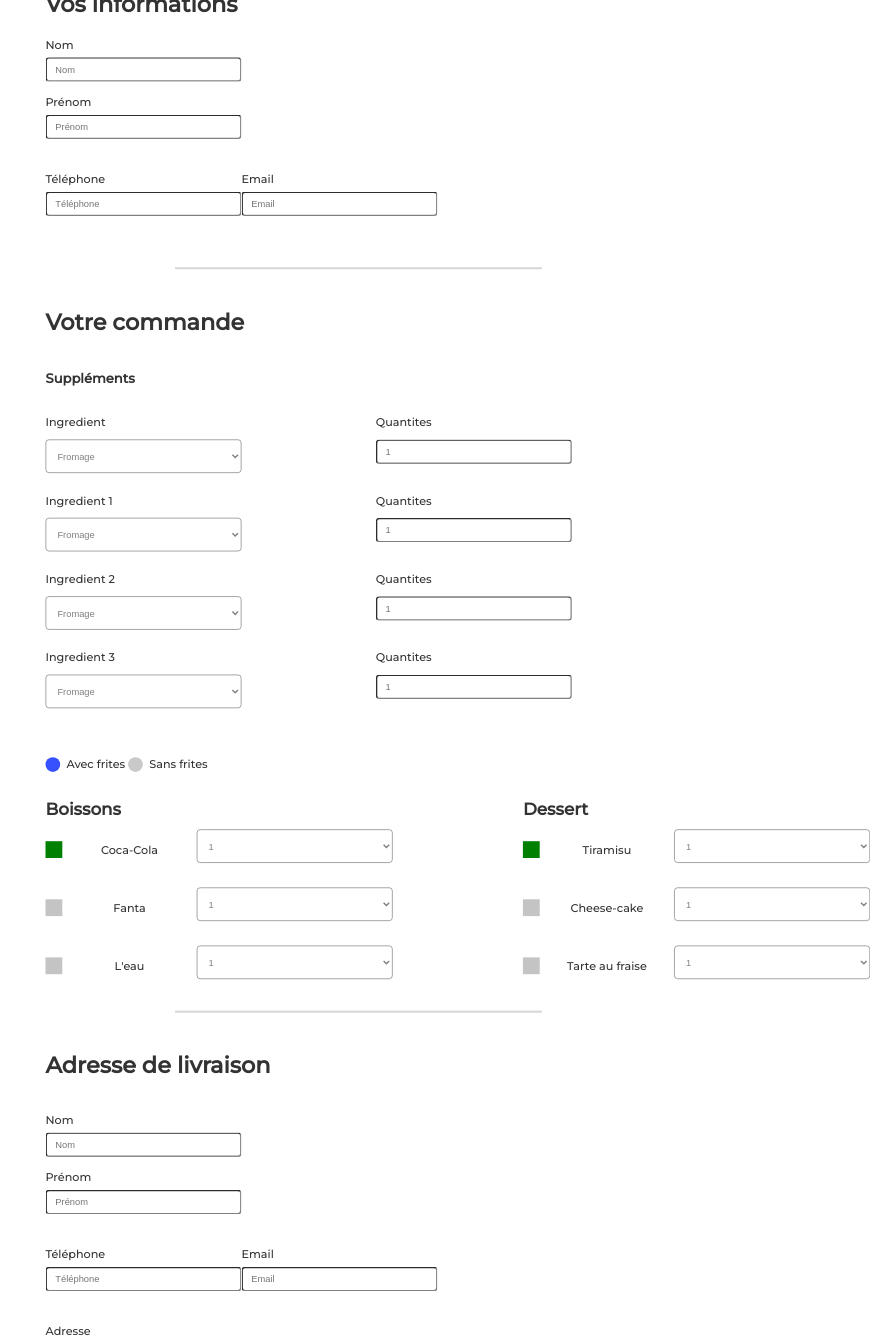
Repository: sisilass31/bella-olonje
Page: html/commande.html
These files come from the project's save history. The page is drawn as it stood at one moment and after the next save; the edit follows.
The browser window is 1024 px wide. The page is 1243 px wide, so the pictures cover 1243 px, including what lies to the right of the window. The pictures show the part of the page from y = 814 to 2734 px (the page is 3174 px tall before and 3420 px after), at 70% of full size.
Some web libraries are served in a nearby version.

Above is the page before, as saved 2023-02-15 08:45:13.

### html/commande.html
<!DOCTYPE html>
<html lang="fr">
<head>
    <meta charset="UTF-8">
    <meta http-equiv="X-UA-Compatible" content="IE=edge">
    <meta name="viewport" content="width=device-width, initial-scale=1.0">
    <link rel="stylesheet" href="https://pro.fontawesome.com/releases/v5.10.0/css/all.css">
    <link rel="stylesheet" href="../css/commande.css">
    <title>Votre commande</title>
</head>

<body>

  <header>
    <nav>
      <ul class='nav-bar'>
          <li class='logo'><a href='#'><img src="../img/logo.png" alt="jsp"></a></li>
          <input type='checkbox' id='check' />
          <span class="menu">
            <li><a href="index.html" class="nav-link">Home</a></li>
            <li><a href="#pizza" class="nav-link">Pizzas</a></li>
            <li><a href="#burger" class="nav-link">Burgers</a></li>
            <li><a href="#salades" class="nav-link">Salades</a></li>
            <li><a href="index3.html" class="nav-link">Contact</a></li>
            <label for="check" class="close-menu"><i class="fas fa-times"></i></label>
          </span>
          <label for="check" class="open-menu"><i class="fas fa-bars"></i></label>
      </ul>
  </nav>

    <div class="food_app">
      <div class="title_food_app">
        <h3>Food app</h3>
        <strong>Chez Bella <br>chaque désir s'additionne.</strong>
      </div>
    </div>
  </header>

  <main>
    <div class="infos" id="form-infos">
      <form>
        <h1>Vos informations</h1>

        <div class="grp_infos">
          <div class="nom_prenom">
            <div class="label1">
              <label class="label_nom">Nom</label><br>
              <input type="text" placeholder="Nom">
            </div>
            <div class="label1">
              <label class="label_nom">Prénom</label><br>
              <input type="text" placeholder="Prénom">
            </div>
          </div>

          <div class="telephone_email">
            <div class="label1">
              <label class="label_nom">Téléphone</label><br>
              <input type="text" placeholder="Téléphone">
            </div>
            <div class="label1">
              <label class="label_nom">Email</label><br>
              <input type="text" placeholder="Email">
            </div>
          </div>
        </div>
      </form>
    </div>

    <hr>

    <div class="commande">
      <form>
        <h1>Votre commande</h1>
        <h3>Suppléments</h3>
        <div class="grp_suppliment">
          <div class="ingredient_quantite">
            <div class="fromage">
              <label>Ingredient</label><br>
              <select name="ingr" class="suppléments">
                <option value="fromage">Fromage</option>
                <option value="fromage">Fromage</option>
                <option value="fromage">Fromage</option>
                <option value="fromage">Fromage</option>
                <option value="fromage">Fromage</option>
                <option value="fromage">Fromage</option>
                <option value="fromage">Fromage</option>
              </select>
            </div>
            <div class="box">
              <label>Quantites</label><br>
              <input type="number" min="0" placeholder="1">
            </div>
          </div>

          <div class="ingredient_quantite">
           <div class="fromage">
              <label>Ingredient 1</label><br>
              <select name="ingr" class="suppléments">
                <option value="fromage">Fromage</option>
                <option value="fromage">Fromage</option>
                <option value="fromage">Fromage</option>
                <option value="fromage">Fromage</option>
                <option value="fromage">Fromage</option>
                <option value="fromage">Fromage</option>
                <option value="fromage">Fromage</option>
              </select>
            </div>
            <div class="box">
              <label>Quantites</label><br>
              <input type="number" min="0" placeholder="1">
            </div>
          </div>

          <div class="ingredient_quantite">
            <div class="fromage">
              <label>Ingredient 2</label><br>
              <select name="ingr" class="suppléments">
                <option value="fromage">Fromage</option>
                <option value="fromage">Fromage</option>
                <option value="fromage">Fromage</option>
                <option value="fromage">Fromage</option>
                <option value="fromage">Fromage</option>
                <option value="fromage">Fromage</option>
                <option value="fromage">Fromage</option>
              </select>
            </div>
            <div class="box">
              <label>Quantites</label><br>
              <input type="number" min="0" placeholder="1">
            </div>
          </div>

          <div class="ingredient_quantite">
            <div class="fromage">
              <label>Ingredient 3</label><br>
              <select name="ingr" class="suppléments">
                <option value="fromage">Fromage</option>
                <option value="fromage">Fromage</option>
                <option value="fromage">Fromage</option>
                <option value="fromage">Fromage</option>
                <option value="fromage">Fromage</option>
                <option value="fromage">Fromage</option>
                <option value="fromage">Fromage</option>
              </select>
            </div>
            <div class="box">
              <label>Quantites</label><br>
              <input type="number" min="0" placeholder="1">
            </div>
          </div>
        </div>


        <div class="check2">
          <label class="container">Avec frites
            <input type="radio" checked="checked" name="radio">
            <span class="checkmark"></span>
          </label>
          <label class="container">Sans frites
            <input type="radio" name="radio">
            <span class="checkmark"></span>
          </label>
        </div>


        <div class="all">
          <div class="content_of_boisson">
              <h2>Boissons</h2>
              <div class="boissons">
                  <div class="carre"></div>
                  <label>Coca-Cola</label>
                  <select name="Fromage" class="Fromage" style="margin-top: 10px;">
                    <option value="">1</option>
                    <option value="">2</option>
                    <option value="">3</option>
                    <option value="">4</option>
                  </select>
              </div>
              <div class="boissons">
                  <div class="carre grey"></div>
                  <label>Fanta</label>
                  <select name="Fromage" class="Fromage" style="margin-top: 10px;">
                    <option value="">1</option>
                    <option value="">2</option>
                    <option value="">3</option>
                    <option value="">4</option>
                  </select>
              </div>
              <div class="boissons">
                  <div class="carre grey"></div>
                  <label>L'eau</label>
                  <select name="Fromage" class="Fromage" style="margin-top: 10px;">
                    <option value="">1</option>
                    <option value="">2</option>
                    <option value="">3</option>
                    <option value="">4</option>
                  </select>
              </div>
          </div>

          <div class="content_of_dessert">
              <h2>Dessert</h2>
              <div class="boissons dessert">
                  <div class="carre"></div>
                  <label>Tiramisu</label>
                  <select name="Fromage" class="Fromage" style="margin-top: 10px;">
                      <option value="">1</option>
                      <option value="">2</option>
                      <option value="">3</option>
                      <option value="">4</option>
                  </select>
              </div>
              <div class="boissons dessert">
                  <div class="carre grey"></div>
                  <label>Cheese-cake</label>
                  <select name="Fromage" class="Fromage" style="margin-top: 10px;">
                    <option value="">1</option>
                    <option value="">2</option>
                    <option value="">3</option>
                    <option value="">4</option>
                  </select>
              </div>
              <div class="boissons dessert">
                  <div class="carre grey"></div>
                  <label>Tarte au fraise</label>
                  <select name="Fromage" class="Fromage" style="margin-top: 10px;">
                    <option value="">1</option>
                    <option value="">2</option>
                    <option value="">3</option>
                    <option value="">4</option>
                  </select>
              </div>
          </div>
          </div>
      </form>
    </div>

    <hr>

    <div class="livraison">
      <form>
        <h1>Adresse de livraison</h1>
        <div class="grp_infos">
          <div class="nom_prenom">
            <div class="label1">
              <label class="label_nom">Nom</label><br>
              <input type="text" placeholder="Nom">
            </div>
            <div class="label1">
              <label class="label_nom">Prénom</label><br>
              <input type="text" placeholder="Prénom">
            </div>
          </div>

          <div class="telephone_email">
            <div class="label1">
              <label class="label_nom">Téléphone</label><br>
              <input type="text" placeholder="Téléphone">
            </div>
            <div class="label1">
              <label class="label_nom">Email</label><br>
              <input type="text" placeholder="Email">
            </div>
          </div>
          <div class="nom_prenom">
            <div class="label1">
              <label class="label_nom">Adresse</label><br>
              <input type="text" placeholder="Adresse">
            </div>
            <div class="label1">
              <label class="label_nom">Code postale</label><br>
              <input type="text" placeholder="Code postale">
            </div>
          </div>

          <div class="telephone_email">
            <div class="label1">
              <label class="label_nom">Ville</label><br>
              <input type="text" placeholder="Ville">
            </div>
            <div class="label1">
              <label class="label_nom">Pays</label><br>
              <input type="text" placeholder="Pays">
            </div>
          </div>
        </div>
          <div class="div_button"><button class="button" type="button">Envoyer</button></div>
      </form>

    </div>
  </main>

</body>

### css/commande.css
@import url('https://fonts.googleapis.com/css2?family=Montserrat:wght@100;200;500&display=swap');

* {
    margin: 0px;
    padding: 0px;
    scroll-behavior: smooth;
    box-sizing: border-box;
}

html,body {
  font-family: Montserrat, sans-serif;
  background-size: cover;
  background-position: center;
  height: 100vh;
  background-repeat: no-repeat;
  scroll-behavior: smooth;
}

/*navbar*/
.nav-bar {
    width: 100%;
    display: flex;
    justify-content: space-between;
    align-items: center;
    list-style: none;
    position: relative;
    background-color: #FFF;
    padding: 12px 20px;
}
.logo img {
    width: 150px;
}
.menu {
    display: flex;
}

.menu li {
    padding-left: 30px;
    padding-right: 55px;
}
.menu li a {
    display: inline-block;
    text-decoration: none;
    color: #333;
    text-align: center;
    position: relative;
}

.menu li a:hover {
    color: #FA4A0C;
}
.open-menu {
    position: absolute;
    color: #FA4A0C;
    cursor: pointer;
    font-size: 1.5rem;
    display: none;
}
.close-menu {
    position: absolute;
    color: #333;
    cursor: pointer;
    font-size: 1.5rem;
    display: none;
    padding: 10px;
}

.open-menu {
    top: 50%;
    right: 20px;
    transform: translateY(-50%);
}
.close-menu {
    top: 20px;
    right: 20px;
}
#check {
    display: none;
}

@media(max-width: 920px){
    .menu {
        flex-direction: column;
        align-items: center;
        width: 60%;
        height: 100vh;
        position: fixed;
        top: 0;
        right: -100%;
        z-index: 100;
        background-color: rgb(152, 152, 152);;
        transition: all 0.2s ease-in-out;
        padding-top: 100px;
    }

    .menu li {
        margin-top: 40px;
    }
    .menu li a {
        padding: 10px;
        color: #FFF;
    }
    .open-menu{
        display: block;
        padding-right: 25px;
        padding-top: 13px;
    }
    .close-menu {
        display: block;
        color: #FFF;
        padding-right: 25px;
        padding-top: 22px;
    }
    #check:checked ~ .menu {
        right: 0;
    }
    .menu li a:hover {
        color: #333;
    }

    .nav-link {
        font-family: Montserrat;
        letter-spacing: .8px;
    }
}
/*navbar*/


/*food_app*/
.title_food_app {
    padding-top: 50px;
}

.food_app{
    background-image: url(../img/food_app.png);
    min-height: 90vh;
    background-repeat: no-repeat;
    background-position: center;
    background-size: cover;
}
.title_food_app h3 {
    font-family: 'Montserrat';
    font-style: normal;
    font-weight: 550;
    font-size: 24px;
    line-height: 36px;
    text-align: center;
    letter-spacing: 0.1px;
    color: #F7F7F7;
    padding-top: 50px;
}

.title_food_app{

    font-family: Montserrat;
    font-style: normal;
    font-weight: 600;
    font-size: 58px;
    line-height: 80px;
    text-align: center;
    letter-spacing: 0.2px;
    color: #FFFFFF;
}

.title_pizza {
    display: flex;
    justify-content: center;
    color: #000000;
}
/*food_app*/


/*infos*/


.ingredient_quantite{
    display: flex;
    flex-direction:row;
    justify-content: flex-start;
    gap: 20%;
    margin-bottom: 10px;
}


main {
    color: #333333;
}
.label1 input {
    width: 280px;
    height: 35px;
    margin-bottom: 20px;
    margin-top: 8px;
    padding: 5px 12px;
    color: grey;
    border-radius: 5px;
    border-color: gray;
}


.infos h1 {
    padding-top: 50px;
    padding-bottom: 30px;
    margin-left: 65px;
}

hr {
    height: 3px;
    background-color:#d8d8d8;
    border: none;
    margin: 25px 250px 25px;
}

.nom_prenom {
    display: flex;
    justify-content: space-between;
    padding: 0px 600px 28px 65px;
}
.telephone_email {
    display: flex;
    justify-content: space-between;
    padding: 0px 600px 28px 65px;
}

/*infos*/

/*livraison*/

.livraison h1 {
    margin-left: 65px;
    padding-top: 30px;
    padding-bottom: 50px;
}
/*livraison*/

/*commande*/
.suppléments {
    width: 280px;
    height: 48px;
    margin-bottom: 20px;
    margin-top: 15px;
    padding: 5px 12px;
    color: grey;
    border-radius: 5px;
    border-color: gray;
    background-color: #FFFFFF;
}


.commande {
    margin-left: 65px;
}

.commande h1 {
    padding-top: 30px;
}

.commande h3 {
    padding-top: 50px;
    padding-bottom: 42px;
}

.box input {
    width: 280px;
    height: 35px;
    margin-bottom: 20px;
    margin-top: 15px;
    padding: 5px 12px;
    color: grey;
    border-radius: 5px;
    border-color: gray;
}

.boissons_dessert {
    display: flex;
    flex-direction: row;
}

/*commande*/


.div_button {
    padding: 50px 150px 70px 0px;
    display: flex;
    justify-content: flex-end;
}

button {
    border: 0;
    line-height: 2.5;
    width: 120px;
    padding: 0 18px;
    font-size: 18px;
    text-align: center;
    color: #fff;
    border-radius: 20px;
    background-color: #FA4A0C;
    box-shadow: 1px 1px 5px #B73227;
}


/*dessert et boissons*/

.avec, .sans {
    display: flex;
    flex-direction: row;
    justify-content: space-around;
    width: 150px;
    height: 40px;
    align-items: center;
}

.sans_f {
    padding-top: 39px;
    padding-left: 50px;
}
.avec_f {
    padding-left: 10px;
}

.boissons{
    display: flex;
    align-items: center;
    justify-content: space-between;
    width: 31rem;
    padding-top: 5px;
}

.carre {
    width: 24px;
    height: 24px;
    background-color: green;
}

.carre.grey {
    background-color: #C4C4C4;
}

.all {
    display: flex;
}

.content_of_dessert {
    margin-left: 186px;
}

.Fromage {
    padding: 7px;
    border-radius: 5px;
    width: 280px;
    height: 48px;
    margin-bottom: 20px;
    margin-top: 8px;
    padding: 5px 12px;
    color: grey;
    border-radius: 5px;
    border-color: gray;
    background-color: #FFFFFF;
}
/*dessert et boissons*/


/*checkbox*/
.check2 {
    padding-top: 40px;
    padding-bottom: 40px;
}
.container {
    position: relative;
    cursor: pointer;
    font-size: 16px;
    padding-left: 30px;
}

.container input {
    position: absolute;
    opacity: 0;
    cursor: pointer;
}

.checkmark {
    position: absolute;
    top: 0;
    left: 0;
    height: 21px;
    width: 21px;
    background-color: rgba(176, 176, 176, 0.677);
    border-radius: 50%;
}


.container input:checked ~ .checkmark {
    background-color: #3751FF;
}

.checkmark:after {
    position: absolute;
    display: none;
}

.container input:checked ~ .checkmark:after {
    display: block;
}

.container .checkmark:after {
    top: 9px;
    left: 9px;
    width: 8px;
    background: white;
}
/*checkbox*/

/*responsive*/
@media (max-width:767px) {

}
/* Ipad Mini to ipad */
@media screen and (min-width:768px) and (max-width:991px){

}
/* Ipad et Mini Ordi */
@media screen and (min-width:992px) and (max-width:1199px) {
    .nom_prenom {
        flex-direction: column;
        justify-content: center;
    }
    .telephone_email {

    }
}
/*responsive*/

After the next save:
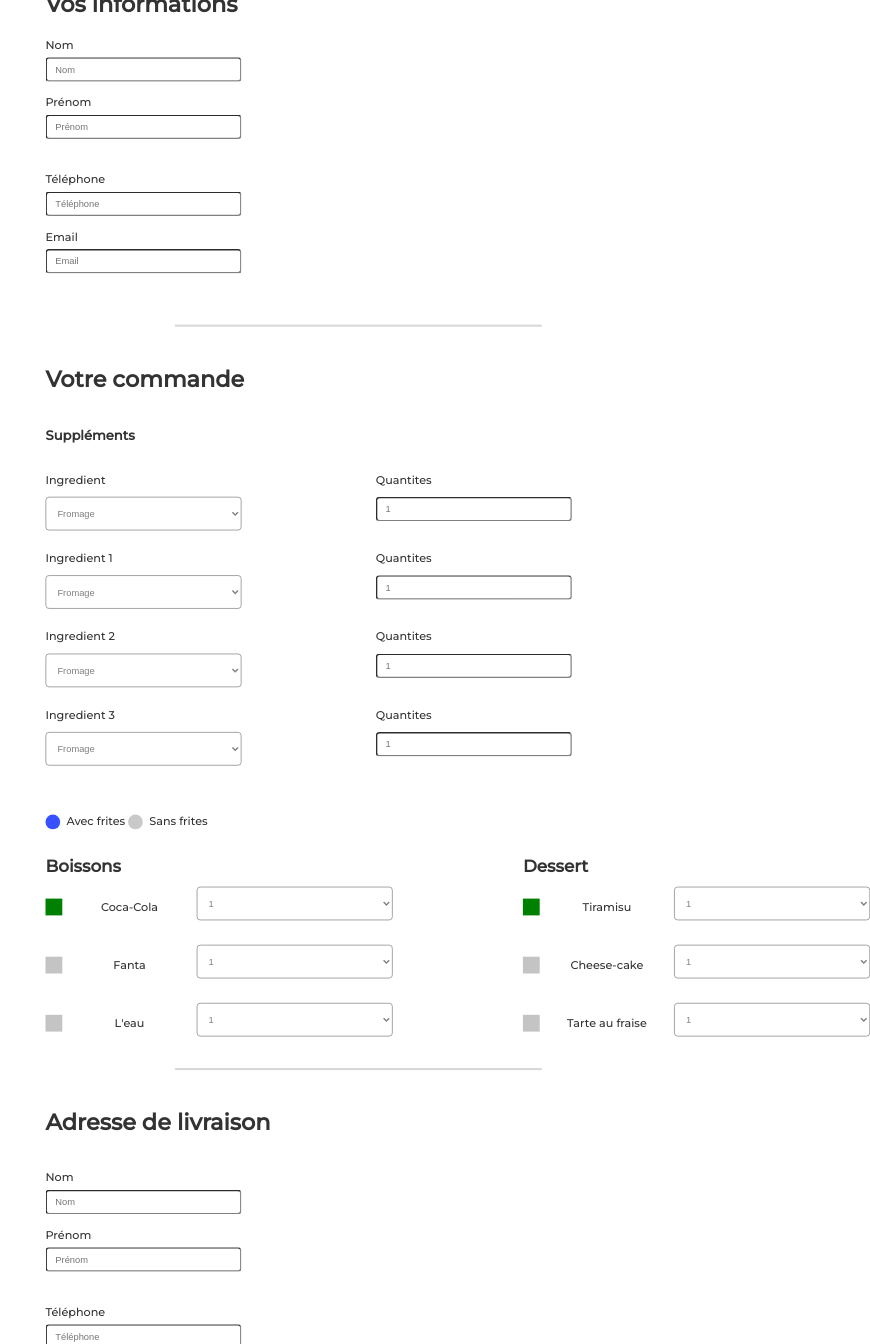
Saved 4 s later.
--- a/css/commande.css
+++ b/css/commande.css
@@ -424,7 +424,8 @@ button {
         justify-content: center;
     }
     .telephone_email {
-
+        flex-direction: column;
+        justify-content: center;
     }
 }
 /*responsive*/
